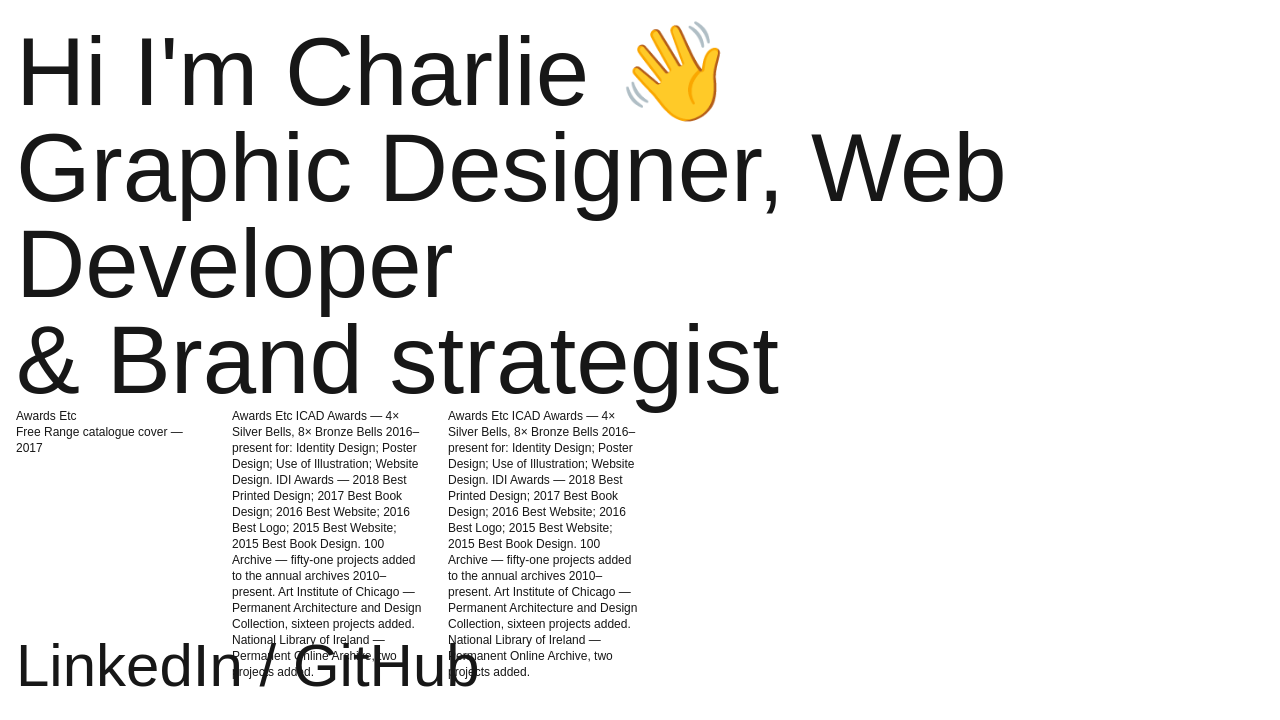
Repository: charlehs/portfolio
Page: /
The author's editor kept a copy of each file at every save. The page is drawn from the files as they stood at one save, then again after the next save.
The browser window is 1280 px wide. The pictures show the whole page.
The project was rebuilt for these pictures with package versions that can differ from the ones it lists, and the page was loaded fresh each time. The framework's server and built-in components were replaced by stand-ins that run in the browser. Also part of the build but not shown: next.config.ts.

Above is the page before, as saved 2025-01-02 18:38:48.

### app/layout.tsx
import type { Metadata } from "next";
import localFont from "next/font/local";
import Nav from "./components/Nav";
import "./globals.css";

const geistSans = localFont({
  src: "./fonts/GeistVF.woff",
  variable: "--font-geist-sans",
  weight: "100 900",
});
const geistMono = localFont({
  src: "./fonts/GeistMonoVF.woff",
  variable: "--font-geist-mono",
  weight: "100 900",
});

export const metadata: Metadata = {
  title: "Create Next App",
  description: "Generated by create next app",
};

export default function RootLayout({
  children,
}: Readonly<{
  children: React.ReactNode;
}>) {
  return (
    <html lang="en">
      <body
        className={`${geistSans.variable} ${geistMono.variable} antialiased`}
      >
        {/* <Nav /> */}
        {children}
      </body>
    </html>
  );
}

### app/page.tsx
import Image from "next/image";

export default function Home() {
  return (
    <div className="px-4 py-6 flex flex-col justify-between h-screen ">
      <main className=" flex flex-col h-[75%] justify-between">
        <div>
          <p className=" text-8xl">
            Hi I'm Charlie 👋
            <br />{" "}
            <span>
              Graphic Designer, Web Developer
              <br /> & Brand strategist
            </span>
          </p>
        </div>
        <div className="grid grid-cols-3  text-xs max-w-[50%] gap-6">
          <p>
            Awards Etc <br />
            Free Range catalogue cover — 2017
          </p>
          <p>
            Awards Etc ICAD Awards — 4× Silver Bells, 8× Bronze Bells
            2016–present for: Identity Design; Poster Design; Use of
            Illustration; Website Design. IDI Awards — 2018 Best Printed Design;
            2017 Best Book Design; 2016 Best Website; 2016 Best Logo; 2015 Best
            Website; 2015 Best Book Design. 100 Archive — fifty-one projects
            added to the annual archives 2010–present. Art Institute of Chicago
            — Permanent Architecture and Design Collection, sixteen projects
            added. National Library of Ireland — Permanent Online Archive, two
            projects added.
          </p>
          <p>
            Awards Etc ICAD Awards — 4× Silver Bells, 8× Bronze Bells
            2016–present for: Identity Design; Poster Design; Use of
            Illustration; Website Design. IDI Awards — 2018 Best Printed Design;
            2017 Best Book Design; 2016 Best Website; 2016 Best Logo; 2015 Best
            Website; 2015 Best Book Design. 100 Archive — fifty-one projects
            added to the annual archives 2010–present. Art Institute of Chicago
            — Permanent Architecture and Design Collection, sixteen projects
            added. National Library of Ireland — Permanent Online Archive, two
            projects added.
          </p>
        </div>
      </main>
      <footer className=" ">
        <p className=" text-6xl">
          <a href="https://linkedin.com/in/charliedev" target={"_blank"}>
            LinkedIn
          </a>{" "}
          /{" "}
          <a href="https://github.com/charlehs" target={"_blank"}>
            GitHub
          </a>
        </p>
      </footer>
    </div>
  );
}

### app/globals.css
@tailwind base;
@tailwind components;
@tailwind utilities;

:root {
  --background: #ffffff;
  --foreground: #171717;
}

@media (prefers-color-scheme: dark) {
  :root {
    --background: #0a0a0a;
    --foreground: #ededed;
  }
}

body {
  color: var(--foreground);
  background: var(--background);
  font-family: Arial, Helvetica, sans-serif;
}

@font-face {
  font-family: "Harmond";
  src: url("/fonts/Harmond-SemiBoldCondensed.otf") format("opentype");
  font-weight: 600; /* Regular */
  font-style: normal;
}

@font-face {
  font-family: "Harmond";
  src: url("/fonts/Harmond-SemBdItaCond.otf") format("opentype");
  font-weight: 600; /* Bold */
  font-style: italic;
}
@font-face {
  font-family: "Harmond";
  src: url("/fonts/Harmond-ExtraBoldExpanded.otf") format("opentype");
  font-weight: 800; /* Bold */
  font-style: normal;
}

.harmond-text {
  font-family: "Harmond", sans-serif;
}

.extra-bold {
  font-family: "Harmond", sans-serif;
  font-weight: 800;
  font-style: normal;
}

Loaded but not shown: tailwind.config.ts (common file)

After the next save:
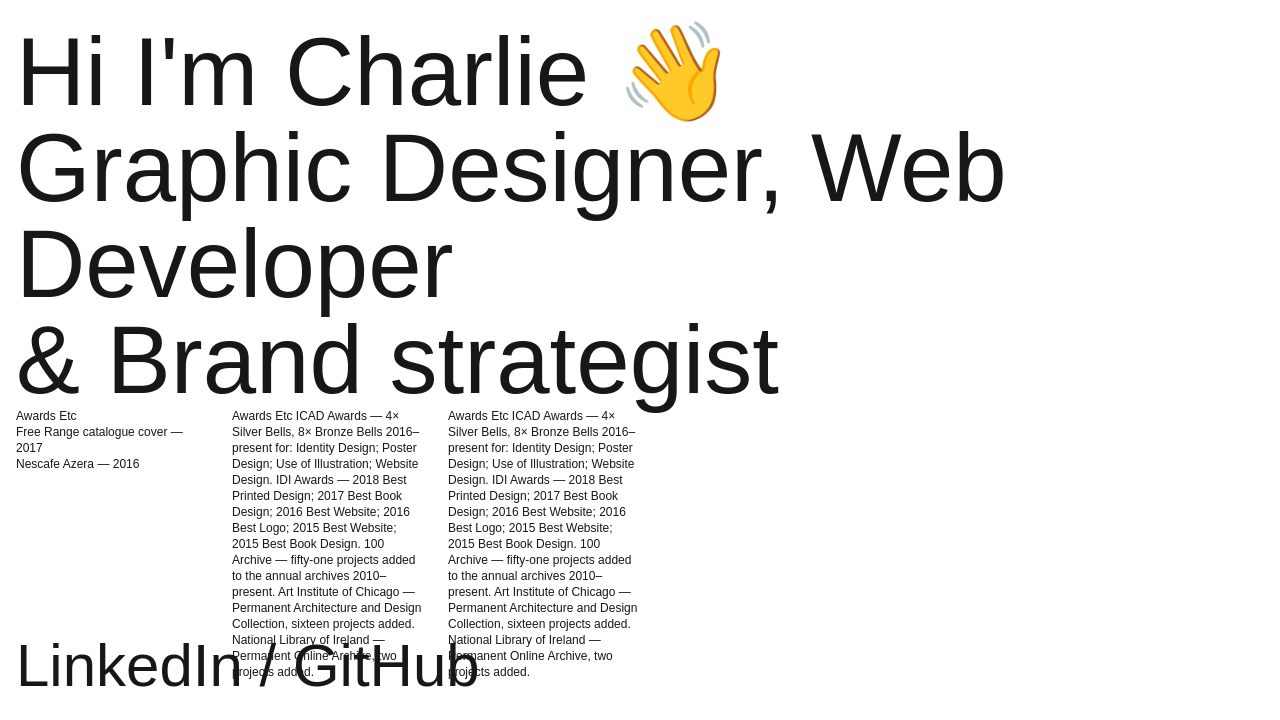
Saved 90 s later.
--- a/app/page.tsx
+++ b/app/page.tsx
@@ -15,10 +15,11 @@ export default function Home() {
           </p>
         </div>
         <div className="grid grid-cols-3  text-xs max-w-[50%] gap-6">
-          <p>
-            Awards Etc <br />
-            Free Range catalogue cover — 2017
-          </p>
+          <div>
+            <h3>Awards Etc </h3>
+            <p>Free Range catalogue cover — 2017</p>
+            <p>Nescafe Azera — 2016</p>
+          </div>
           <p>
             Awards Etc ICAD Awards — 4× Silver Bells, 8× Bronze Bells
             2016–present for: Identity Design; Poster Design; Use of
